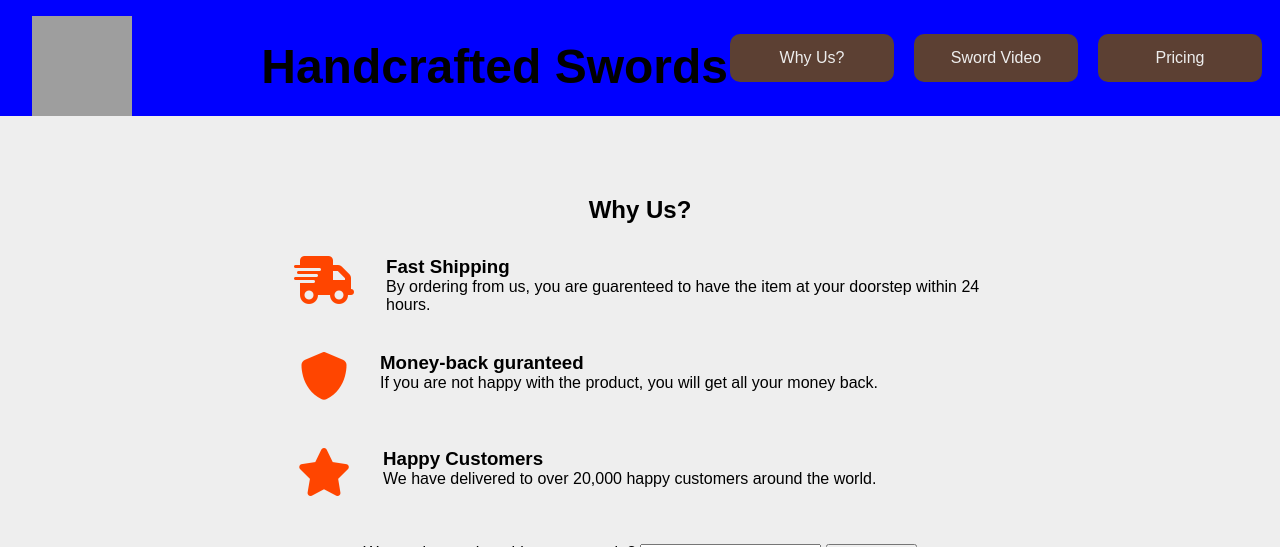
Repository: Pafestivo/Product-Landing-Page
Page: index.html
An editor plug-in stored every save of this project. The page is shown before and after the next save, followed by the edit.
The browser window is 1280 px wide. The pictures show the part of the page from y = 0 to 547 px (the page is 882 px tall before and 866 px after).
Pictures or frames that could not be fetched are drawn as grey boxes. Some web libraries are served in a nearby version.

Above is the page before, as saved 2022-09-15 17:22:01.

After the next save:
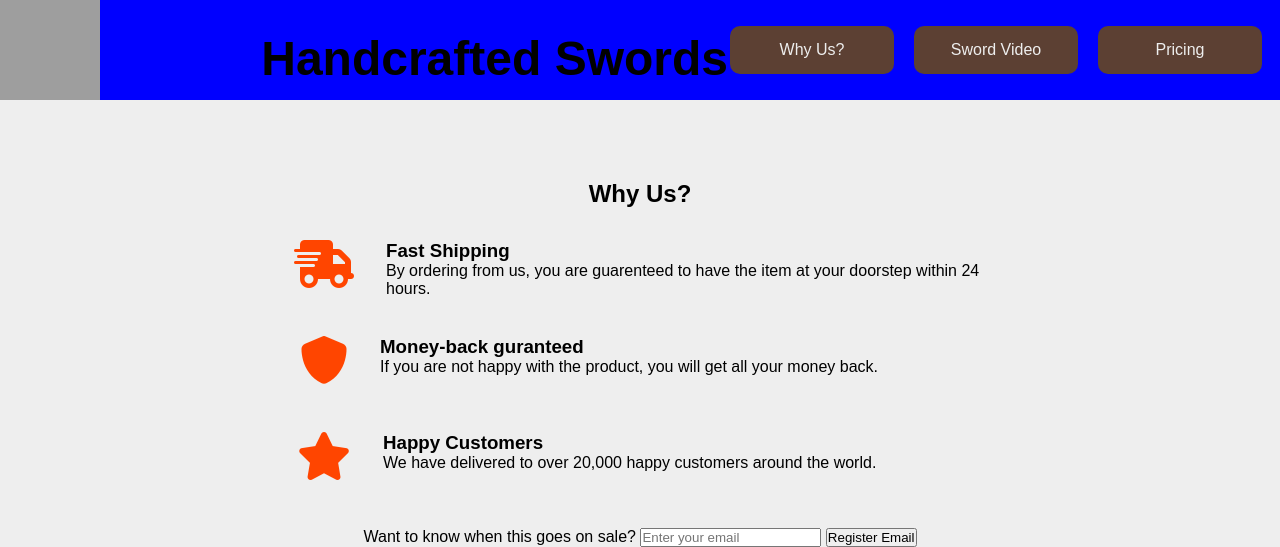
Saved 19 s later.
--- a/styles.css
+++ b/styles.css
@@ -41,11 +41,6 @@
     font-size: 3em;
 }
 
-#header-img {
-  padding-left: 2rem;
-  padding-top: 1rem;
-}
-
 #nav-bar {
   display: flex;
   gap: 1rem;
